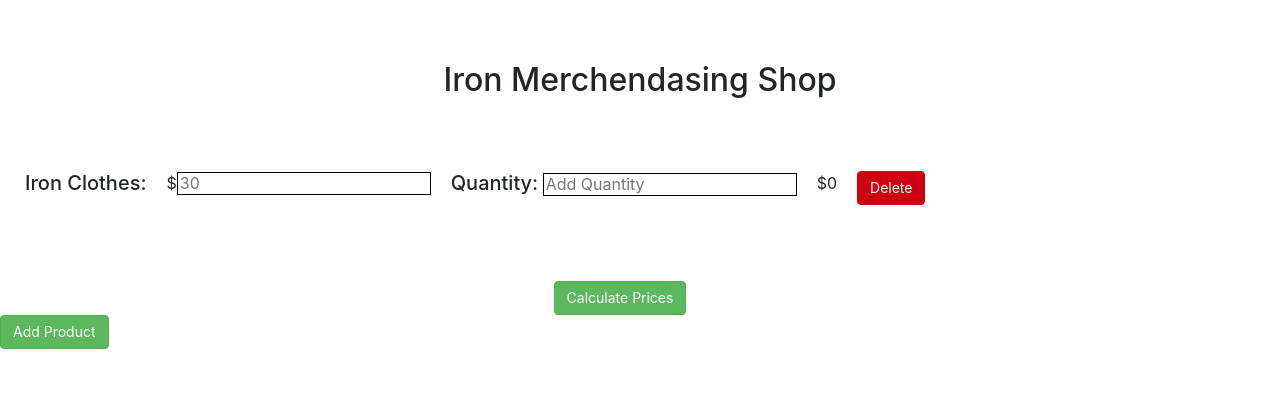
Repository: konstantin0s/lab-cart-DOM
Page: index.html
These files come from the project's save history. The page is drawn as it stood at one moment and after the next save; the edit follows.
The browser window is 1280 px wide. The pictures show the whole page.
Some web libraries are served in a nearby version.

Above is the page before, as saved 2019-02-01 23:58:55.
Console error: TypeError: Cannot set properties of null (setting 'onclick')

### index.html
<!DOCTYPE html>
<html lang="en">
<head>
  <meta charset="UTF-8">
  <meta name="viewport" content="width=device-width, initial-scale=1.0">
  <meta http-equiv="X-UA-Compatible" content="ie=edge">
  <link rel="stylesheet" href="https://stackpath.bootstrapcdn.com/bootstrap/4.2.1/css/bootstrap.min.css">
  <link rel="stylesheet" href="https://cdnjs.cloudflare.com/ajax/libs/normalize/5.0.0/normalize.min.css">
  <link rel="stylesheet" href="./css/style.css">
  <title>Ironhack cart</title>
</head>

<body>
  <h1  class="title">Iron Merchendasing Shop</h1>
  <div class="container">
    <div class="product">
      <span class="proName">
       <h5> Iron Clothes:</h5>
      </span>
    </div>
    <div class="cost">
      <!-- <span class="costUnit">
          30
      </span> -->
      <label for="cost">
          $<input type="text" placeholder="30" id="costUnit">
      </label>
    </div>
    <div class="input">
      <label for="unit">
         <h5>Quantity:</h5>
      </label>
      <input type="text" placeholder="Add Quantity" id="quantity">
    </div>
    <div class="totalP">
      <span class="price">
        $0
      </span>
    </div>

    <div class="remove">
      <button class="button btn-delete" type="button">Delete</button>
    </div>
  </div>

    <div class="calculate">
      <button type="button" class="button btn-success" id="calc-prices-button">Calculate Prices</button>
    </div>

    <div class="addProductButton">
      <button type="button" class="button btn-success" id="addExtra">Add Product</button>
    </div>

    <div class="newRowItems">

    </div>

      <script type="text/javascript" src="./js/index.js"></script>

</body>
</html>

### css/style.css

body{
  background-color: rgb(red, green, blue)
}

.title {
  text-align: center;
  padding: 40px;
}

.container {
  display: flex;
  margin-right: 230px;
}

input {
  border: solid 1px black;
}

.button {
  display: inline-block;
  padding: 6px 12px;
  margin-bottom: 0;
  font-size: 14px;
  font-weight: 400;
  line-height: 1.42857143;
  text-align: center;
  white-space: nowrap;
  vertical-align: middle;
  -ms-touch-action: manipulation;
  touch-action: manipulation;
  cursor: pointer;
  -webkit-user-select: none;
  -moz-user-select: none;
  -ms-user-select: none;
  user-select: none;
  background-image: none;
  border: 1px solid transparent;
  border-radius: 4px;
}

.btn-success {
    color: #fff;
    background-color: #5cb85c;
    border-color: #4cae4c;
}

.product {
  margin: 10px;

}

.cost {
  margin: 10px;

}

.input {
  margin: 10px;
}

.totalP {
  margin: 10px;
}

.calculate {
  display: flex;
  flex-direction: column;
  align-items: center;
  margin-top: 60px;
  margin-left: -40px;
}

.remove {
  margin: 10px;
}

.btn-delete {
    color: #fff;
    background-color: #CF000F;
    border-color: #CF000F;
}

.quantity {
  margin: 0px 5px;
  height: 30px;
}

.newRowItems {
  display: flex;
  flex-direction: column;

}

### js/index.js


  document.getElementById("calc-prices-button").addEventListener("click", getTotalPrice);
  document.getElementById("addExtra").addEventListener("click", createNewItemRow);

//         var clickedElement = event.target;
//         var parentElement = event.target.parentElement;

//         Retrieves the unit price of the product
// Retrieves the quantity of items desired
// Calculates the total price based on this data
// Updates the total price in the DOM
// getPriceByProduct();




function deleteItem(e){

}

function getPriceByProduct(itemNode){

}


function updatePriceByProduct(productPrice, index){

}

function getTotalPrice(result) {
   var getQuantity = parseInt(document.getElementById('costUnit').value);
   var getInput = parseFloat(document.getElementById('quantity').value);
   var result = getQuantity * getInput;

    if (!result) {
    document.getElementsByClassName("totalP")[0].innerHTML = "Please Enter Numbers";
  } else {
    document.getElementsByClassName("totalP")[0].innerHTML = "Total price is = $" + result;
  }
}

function createQuantityInput(){

}

function createDeleteButton(){

}

function createQuantityNode(){

}

function createItemNode(dataType, itemData){

}

function createNewItemRow(itemName, itemUnitPrice){
  var h1 = document.createElement("H5");                       // Create a <p> element
  itemName = document.createTextNode("Sexy Shirt: ");      // Create a text node
  h1.appendChild(itemName);                                          // Append the text to <p>
  document.getElementsByClassName("newRowItems")[0].appendChild(h1);

  var label = document.createElement("LABEL");
  var par = document.createElement("P");                       // Create a <p> element
  var dollar = document.createTextNode("$");
  par.appendChild(dollar);
  itemUnitPrice = document.createElement("INPUT");
  label.appendChild(itemUnitPrice);
  document.getElementsByClassName('newRowItems')[0].appendChild(par);
  document.getElementsByClassName('newRowItems')[0].appendChild(label);

}

function createNewItem(){

}

window.onload = function(){
  var calculatePriceButton = document.getElementById('calc-prices-button');
  var createItemButton = document.getElementById('new-item-create');
  var deleteButtons = document.getElementsByClassName('btn-delete');

  calculatePriceButton.onclick = getTotalPrice;
  createItemButton.onclick = createNewItem;

  for(var i = 0; i<deleteButtons.length ; i++){
    deleteButtons[i].onclick = deleteItem;
  }
};

After the next save:
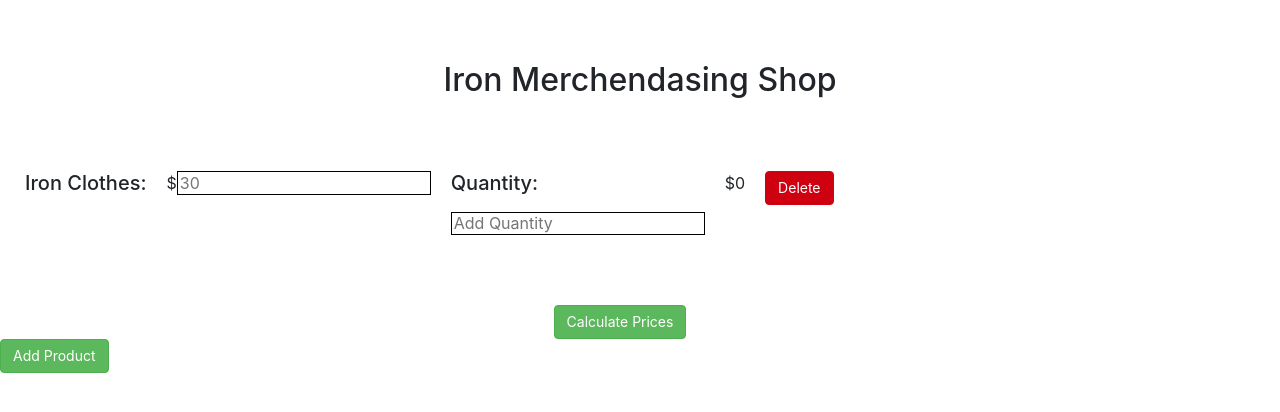
Saved 59 s later.
--- a/css/style.css
+++ b/css/style.css
@@ -91,3 +91,9 @@ input {
   flex-direction: column;
 
 }
+
+.newRowItems h5, p, label {
+  display: flex;
+  flex-direction: row;
+
+}

After the save that followed:
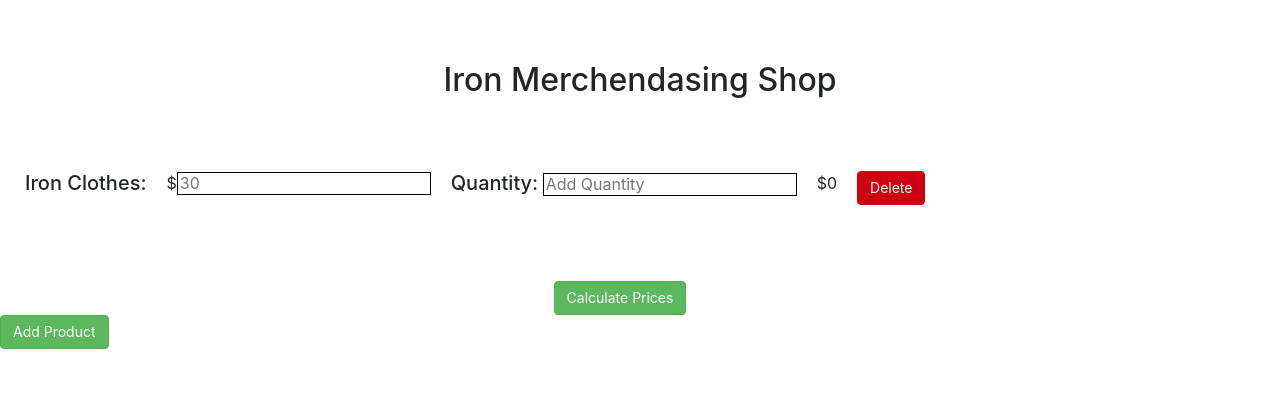
Saved 41 s later.
--- a/css/style.css
+++ b/css/style.css
@@ -92,7 +92,7 @@ input {
 
 }
 
-.newRowItems h5, p, label {
+.newRowItems p{
   display: flex;
   flex-direction: row;
 
